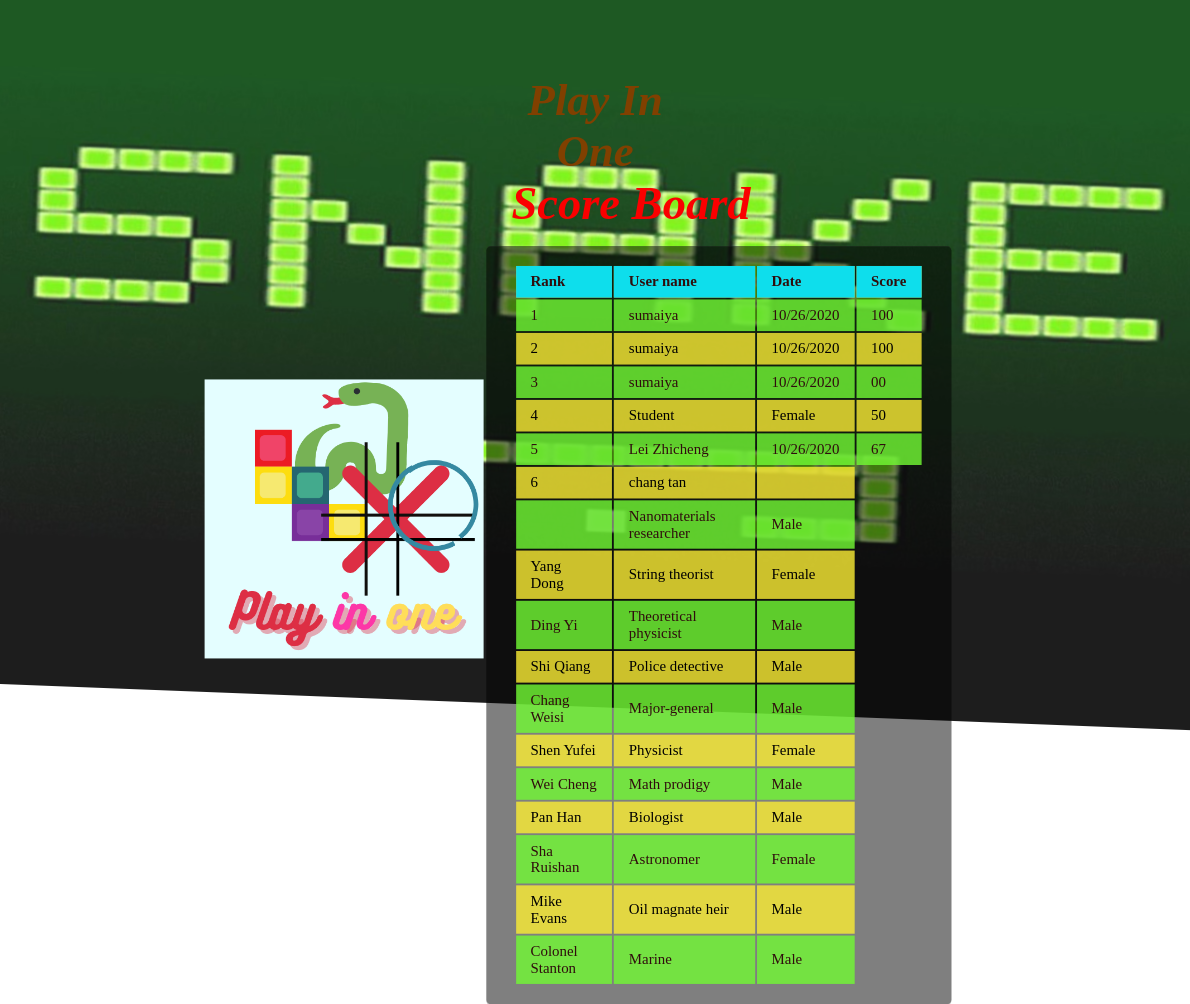
Repository: Syeda-Somiya-Tasnim/Game-Develepment-Project
Page: hs-snake.html
The author's editor kept a copy of each file at every save. The page is drawn from the files as they stood at one save, then again after the next save.
The browser window is 1280 px wide. The pictures show the whole page, at 93% of full size.

Above is the page before, as saved 2020-10-26 13:06:23.

### hs-snake.html
<!DOCTYPE html>
<head>
<meta charset="ISO-8859-1">
<title>play in one gaming website</title>
<link href="hs-snake.css" rel="stylesheet" type="text/css">

</head>
<body>

	<div class="main_div">

  <h1><font size="70" color="#804000">Play In One</font></h1>

	<h2>Score Board</h2><br>
  </div>

<div class="contenido">
    <div class="container">
    <div class="box">
        <div class="image">
            <img src="images/Play In One.png">
        </div>

<div class="form">
<ul class="backgroundslider">
	<li></li>
	<li></li>
	<li></li>
  </ul>

<form action="login.py" method="POST">
<div>

<form action="#">

    <main>

	<table class="login">

        <tr>
          <th>Rank</th>
          <th>User name</th>
          <th>Date</th>
          <th>Score</th>
        </tr>
        <tr>
          <td>1</td>
          <td>sumaiya</td>
          <td>10/26/2020</td>
          <td>100</td>
        </tr>
        <tr>
          <td>2</td>
          <td>sumaiya</td>
          <td>10/26/2020</td>
          <td>100</td>
        </tr>
        <tr>
          <td>3</td>
          <td>sumaiya</td>
          <td>10/26/2020</td>
          <td>00</td>
        </tr>
        <tr>
          <td>4</td>
          <td>Student</td>
          <td>Female</td>
          <td>50</td>
        </tr>
        <tr>
          <td>5</td>
          <td>Lei Zhicheng</td>
          <td>10/26/2020</td>
          <td>67</td>
        </tr>
        <tr>
          <td>6</td>
          <td>chang tan</td>
          <td></td>
        </tr>
        <tr>
          <td></td>
          <td>Nanomaterials researcher</td>
          <td>Male</td>
        </tr>
        <tr>
          <td>Yang Dong</td>
          <td>String theorist</td>
          <td>Female</td>
        </tr>
        <tr>
          <td>Ding Yi</td>
          <td>Theoretical physicist</td>
          <td>Male</td>
        </tr>
        <tr>
          <td>Shi Qiang</td>
          <td>Police detective</td>
          <td>Male</td>
        </tr>
        <tr>
          <td>Chang Weisi</td>
          <td>Major-general</td>
          <td>Male</td>
        </tr>
        <tr>
          <td>Shen Yufei</td>
          <td>Physicist</td>
          <td>Female</td>
        </tr>
        <tr>
          <td>Wei Cheng</td>
          <td>Math prodigy</td>
          <td>Male</td>
        </tr>
        <tr>
          <td>Pan Han</td>
          <td>Biologist</td>
          <td>Male</td>
        </tr>
        <tr>
          <td>Sha Ruishan</td>
          <td>Astronomer</td>
          <td>Female</td>
        </tr>
        <tr>
          <td>Mike Evans</td>
          <td>Oil magnate heir</td>
          <td>Male</td>
        </tr>
        <tr>
          <td>Colonel Stanton</td>
          <td>Marine</td>
          <td>Male</td>
        </tr>

      </table>
    </main>
</form>
</div>
</div>

</div>

</body>
</html>

### hs-snake.css
@CHARSET "ISO-8859-1";
* {
	margin:0px;
	padding:0px;
}
h2{
	text-align: center;
	margin: 0px auto;
	color:rgb(250, 0, 0);
	font-size:50px;
	border-radius: 5px;
	position: absolute;
	top: 10;
}
.login {

	width: 500px;
	height: 450px;
	position: relative;
	top: 70px;
	right: 50%;
	margin: -184px 0px 0px -155px;
	background: rgba(0,0,0,0.5);
	padding: 20px 30px;
	border-radius: 5px;
	box-shadow: 0px 1px 0px rgba(0,0,0,0.3),inset 0px 1px 0px rgba(255,255,255,0.07)
  }
main {
    display: flex;
	justify-content: center;
	left: 20%;
  }

  table {
    max-width: 150%;
  }

  tr:nth-child(odd) {
	background-color: rgba(250, 237, 53, 0.808);
	color: rgb(0, 0, 0);
  }
  tr:nth-child(even) {
	background-color: rgba(115, 250, 53, 0.808);
	color: rgb(48, 13, 13);
  }

  th {
    background-color: rgb(14, 222, 236);
    color: rgb(48, 13, 13);
  }

  th,
  td {
    text-align: left;
    padding: 0.5em 1em;
  }
		{
			position: relative;
			width: 100%;
			height: 600%;
		}
		.container .box
		{
			position: relative;
			width: 100%;
			height: 300px;
			display: flex;
			justify-content: last baseline;
			align-items:left;
			top: 170px;
		}
		.container .box .image
		{
			position: relative;


        }
        .container .box .image img
		{
			position: relative;
            width: 300px;
            top: 10%;
            right: 110%;

		}
.main_div{
	text-align:center;
	color:#804000;
	font-size:-120px;
	margin-top:-120px;
	position:top;
	font-style: italic;

}

body{

padding:200px;
padding-left:550px;
padding-right:550px;
 -webkit-background-size: cover;
  -moz-background-size: cover;
  -o-background-size: cover;
  background-size: cover;
  color: #e7e7e7;

}





.contenido {
	width:100%;
	height:200px;
}
.backgroundslider {
	width:100%;
	height:100%;
	position:fixed;
	top:0px;
	left:0px;
	z-index:-1;
}
.backgroundslider li {
	position:absolute;
	width:100%;
	height:100%;
	background-position:center center;
	background-repeat:no-repeat;
	background-size:cover;
	opacity:0;
	animation:imagenes 18s linear infinite;
	-moz-animation:imagenes 18s linear infinite;
	-ms-animation:imagenes 18s linear infinite;
	-o-animation:imagenes 18s linear infinite;
	-webkit-animation:imagenes 18s linear infinite;
}
.backgroundslider li:nth-child(1) {
	background-image:url(images/SNALE.jpeg);
}
.backgroundslider li:nth-child(2) {
	background-image:url(images/TETRIS.jpeg);
	animation-delay:6s;
	-moz-animation-delay:6s;
	-ms-animation-delay:6s;
	-o-animation-delay:6s;
	-webkit-animation-delay:6s;
}
.backgroundslider li:nth-child(3) {
	background-image:url(images/TICTAC.jpeg);
	animation-delay:12s;
	-moz-animation-delay:12s;
	-ms-animation-delay:12s;
	-o-animation-delay:12s;
	-webkit-animation-delay:12s;
}
@keyframes imagenes {
	0% { opacity:0; animation-timing-function:ease-in; }
	10% { opacity:1; animation-timing-function:ease-out; }
	25% { opacity:1; transform:scale(1); }
	50% { opacity:0; transform:scale(2) rotate(20deg); }
	100% { opacity:0; }
}
@-moz-keyframes imagenes {
	0% { opacity:0; animation-timing-function:ease-in; }
	10% { opacity:1; animation-timing-function:ease-out; }
	25% { opacity:1; transform:scale(1); }
	50% { opacity:0; transform:scale(2) rotate(20deg); }
	100% { opacity:0; }
}
@-o-keyframes imagenes {
	0% { opacity:0; animation-timing-function:ease-in; }
	10% { opacity:1; animation-timing-function:ease-out; }
	25% { opacity:1; transform:scale(1); }
	50% { opacity:0; transform:scale(2) rotate(20deg); }
	100% { opacity:0; }
}
@-ms-keyframes imagenes {
	0% { opacity:0; animation-timing-function:ease-in; }
	10% { opacity:1; animation-timing-function:ease-out; }
	25% { opacity:1; transform:scale(1); }
	50% { opacity:0; transform:scale(2) rotate(20deg); }
	100% { opacity:0; }
}
@-webkit-keyframes imagenes {
	0% { opacity:0; animation-timing-function:ease-in; }
	10% { opacity:1; animation-timing-function:ease-out; }
	25% { opacity:1; transform:scale(1); }
	50% { opacity:0; transform:scale(2) rotate(20deg); }
	100% { opacity:0; }
}

}

After the next save:
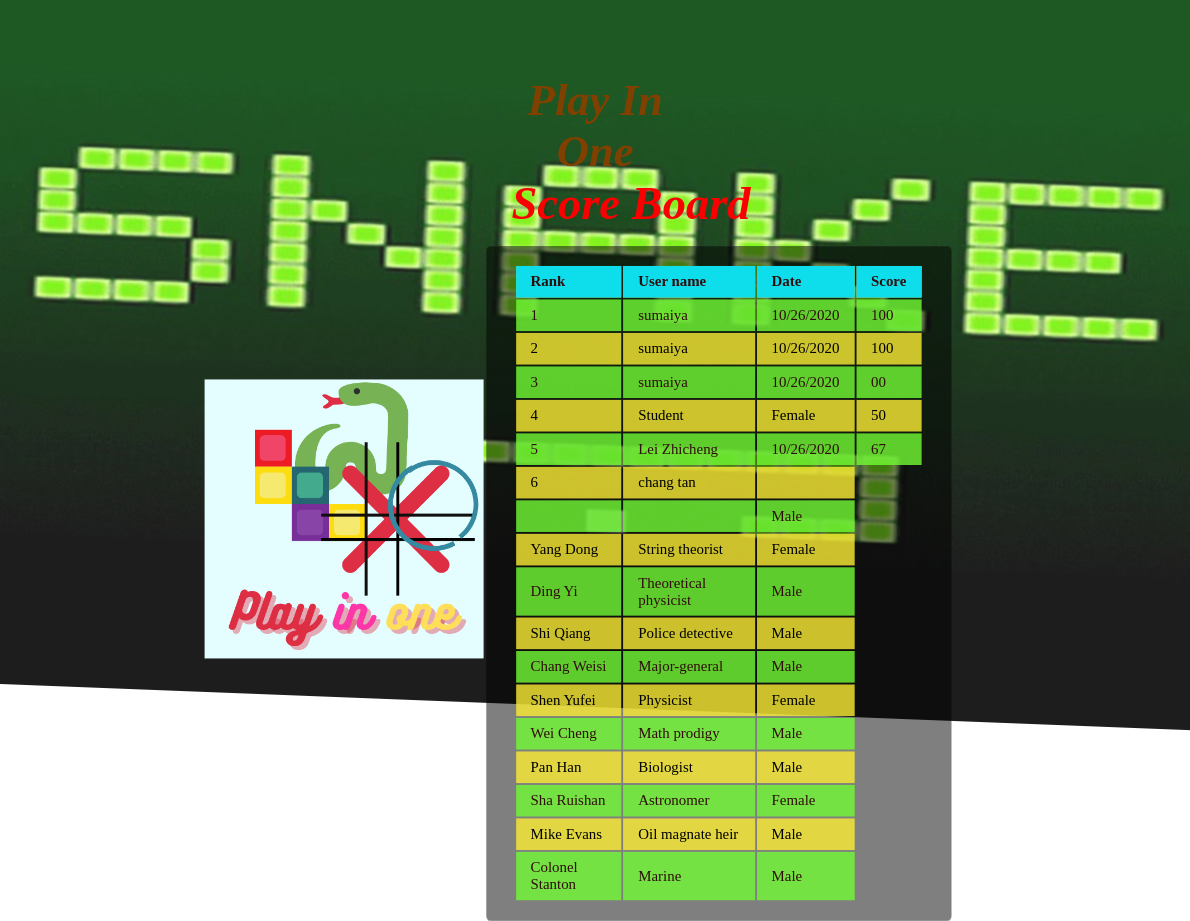
Saved 7 s later.
--- a/hs-snake.html
+++ b/hs-snake.html
@@ -80,7 +80,7 @@
         </tr>
         <tr>
           <td></td>
-          <td>Nanomaterials researcher</td>
+          <td></td>
           <td>Male</td>
         </tr>
         <tr>
